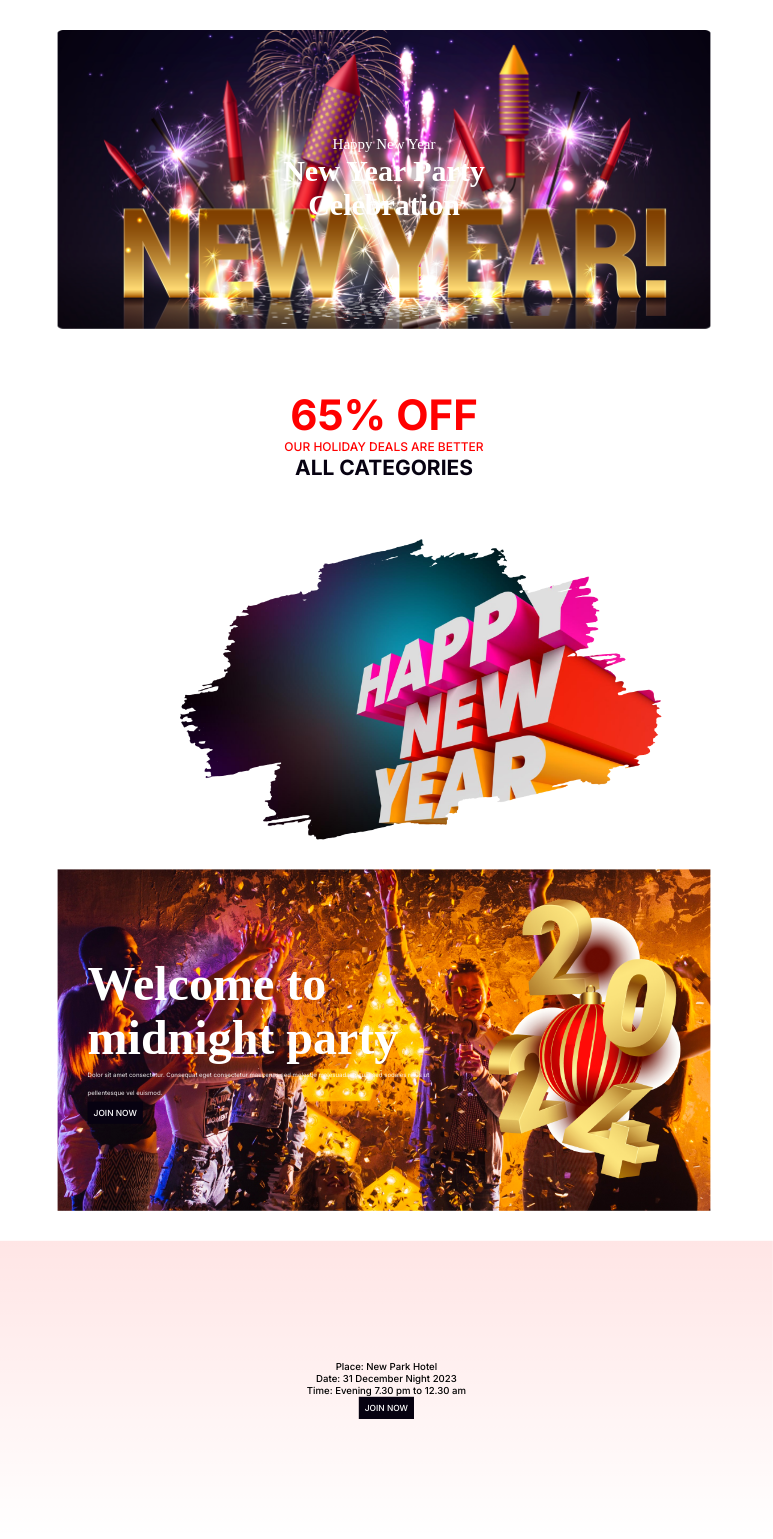
Repository: sumonkumarsarkar/new-year-2024
Page: index.html
These files come from the project's save history. The page is drawn as it stood at one moment and after the next save; the edit follows.
The browser window is 1280 px wide. The page is 1288 px wide, then 1280 px, so the pictures cover 1288 px, including what lies to the right of the window. The pictures show the whole page, at 60% of full size.

Above is the page before, as saved 2024-01-08 11:51:14.

### index.html
<!DOCTYPE html>
<html lang="en">
  <head>
    <meta charset="UTF-8" />
    <meta name="viewport" content="width=device-width, initial-scale=1.0" />
    <title>Happy Nwe Year-2024</title>
    <link rel="preconnect" href="https://fonts.googleapis.com" />
    <link rel="preconnect" href="https://fonts.gstatic.com" crossorigin />
    <link
      href="https://fonts.googleapis.com/css2?family=Inter:wght@100;200;300;500;600;700&display=swap"
      rel="stylesheet"
    />
    <link rel="stylesheet" href="/style.css" />
  </head>
  <body>
    <!-- banner-section start  -->
    <header>
      <div class="container banner">
        <div class="heading-text">
          <h4>Happy New Year</h4>
          <h3>New Year Party Celebration</h3>
        </div>
      </div>
    </header>
    <!-- banner-section end  -->

    <!-- holiday deal start  -->
    <section id="holiday-deal">
      <div class="container-holiday">
        <div class="holiday-text">
          <h2>65% OFF</h2>
          <p>OUR HOLIDAY DEALS ARE BETTER</p>
          <h4>ALL CATEGORIES</h4>
        </div>
        <div class="holiday-img">
          <img src="./image/New Year Photo.png" alt="" />
        </div>
      </div>
    </section>
    <!-- holiday deal end  -->

    <section id="midnight-section">
      <div class="container midnight-banner">
        <div class="midnight-content">
          <div class="midnight-text">
            <h3>Welcome to midnight party</h3>
            <p>
              Dolor sit amet consectetur. Consequat eget consectetur maecenas
              sed molestie malesuada. Ipsum sed sodales risus ut pellentesque
              vel euismod.
            </p>
            <button type="button">JOIN NOW</button>
          </div>
          <div class="midmight-img">
            <img src="./image/Group 70.png" alt="" />
          </div>
        </div>
      </div>
    </section>

     <!-- park hotel start  -->
<section id="park-hotel">
    <div class="container park-hotel-text">
     <p>Place: New Park Hotel</p>
     <p>Date: 31 December Night 2023</p>
     <p>Time: Evening 7.30 pm to 12.30 am</p>
     <button class="park-hotel-button" type="button">JOIN NOW</button>
    </div>
</section>





 <!-- park hotel end  -->

  </body>
</html>

### style.css
* {
    margin: 0;
    padding: 0;
}

body {
    font-family: "Inter", sans-serif;
}

/* banner section end  */
.container {
    max-width: 1140px;
    width: 85%;
    margin: 50px auto;
}

.banner {
    background-image: url(./image/Banner\ Image.png);
    background-position: center;
    background-repeat: no-repeat;
    background-size: cover;
}

.heading-text {
    text-align: center;
    justify-content: center;
    padding: 177px 300px;
}

.heading-text h3 {
    color: #fff;
    text-align: center;
    font-family: Merriweather;
    font-size: 50px;
    font-style: normal;
    font-weight: 900;
}

.heading-text h4 {
    color: #fff;
    text-align: center;
    font-family: Merriweather;
    font-size: 25px;
    font-style: normal;
    font-weight: 400;
    line-height: normal;
}

/* banner section end  */

/* holiday -section start  */
.container-holiday {
    width: 85%;
    max-width: 680px;
    margin: 0 auto;
}

.holiday-text {
    text-align: center;
    justify-content: center;
    padding: 50px 50px;
    margin: 50px;
}

.holiday-text h2 {
    color: #f00;
    text-align: center;
    font-family: Inter;
    font-size: 70px;
    font-style: normal;
    font-weight: 700;
    line-height: normal;
}

.holiday-text p {
    color: #f00;

    text-align: center;
    font-family: Inter;
    font-size: 20px;
    font-style: normal;
    font-weight: 500;
    line-height: normal;
}

.holiday-text h4 {
    color: #070211;

    text-align: center;
    font-family: Inter;
    font-size: 35px;
    font-style: normal;
    font-weight: 700;
    line-height: normal;
}

.holiday-img {
    text-align: center;
    justify-content: center;
    width: 680px;
    height: 500px;
}

/* holiday -section start  */

/* midnight party start  */

.midnight-banner {
    background-image: url("./image/Vectorrr.png");
    background-position: center;
    background-repeat: no-repeat;
    background-size: cover;
}

.midnight-content {
    display: flex;
    justify-content: space-between;
    align-items: center;
}

.midnight-text {
    padding: 50px 0px 50px 50px;
    align-items: center;
}

.midnight-text h3 {
    align-items: center;
    color: #fff;
    font-family: Merriweather;
    font-size: 80px;
    font-style: normal;
    font-weight: 900;


}

.midnight-text p {
color: rgba(255, 255, 255, 0.80);
font-family: Inter;
font-size: 10px;
font-style: normal;
font-weight: 400;
line-height: 30px;
}

button {
    color: #FFF;
    text-align:center;
    font-family: Inter;
    font-size: 14px;
    font-style:normal;
    font-weight: 400;
    line-height: normal;
    text-transform:uppercase;
    background: #070211;
    border:none;
    padding: 10px 10px;
}

.midmight-img{
    padding:50px 50px ;
}

/* midnight party end */




/* park hotel start */

.park-hotel-text{
 background: linear-gradient(180deg, rgba(255, 0, 0, 0.10) 0%, rgba(255, 0, 0, 0.00) 100%);
 text-align: center;
 margin:0 auto;
 padding: 200px 100px;
}
/* park hotel end */

After the next save:
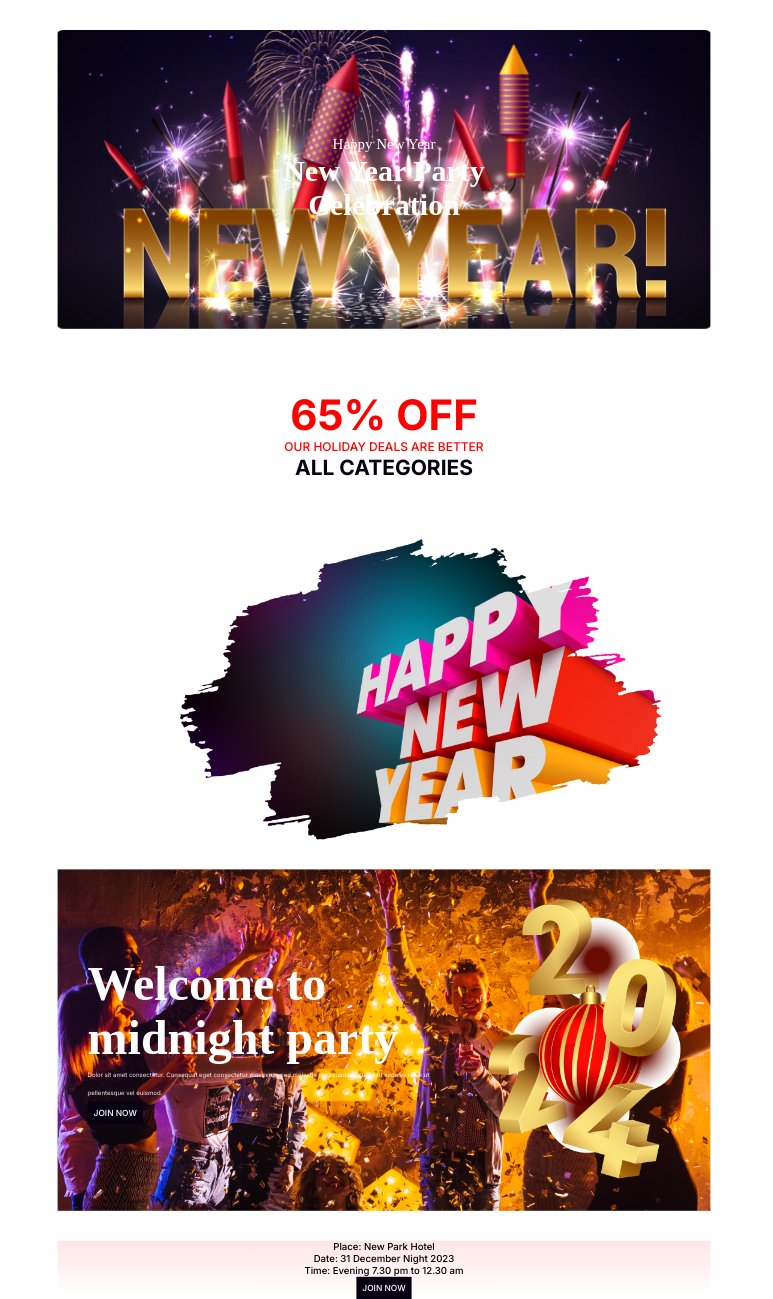
Saved 24 s later.
--- a/style.css
+++ b/style.css
@@ -172,6 +172,7 @@ button {
  background: linear-gradient(180deg, rgba(255, 0, 0, 0.10) 0%, rgba(255, 0, 0, 0.00) 100%);
  text-align: center;
  margin:0 auto;
- padding: 200px 100px;
 }
+
+
 /* park hotel end */
